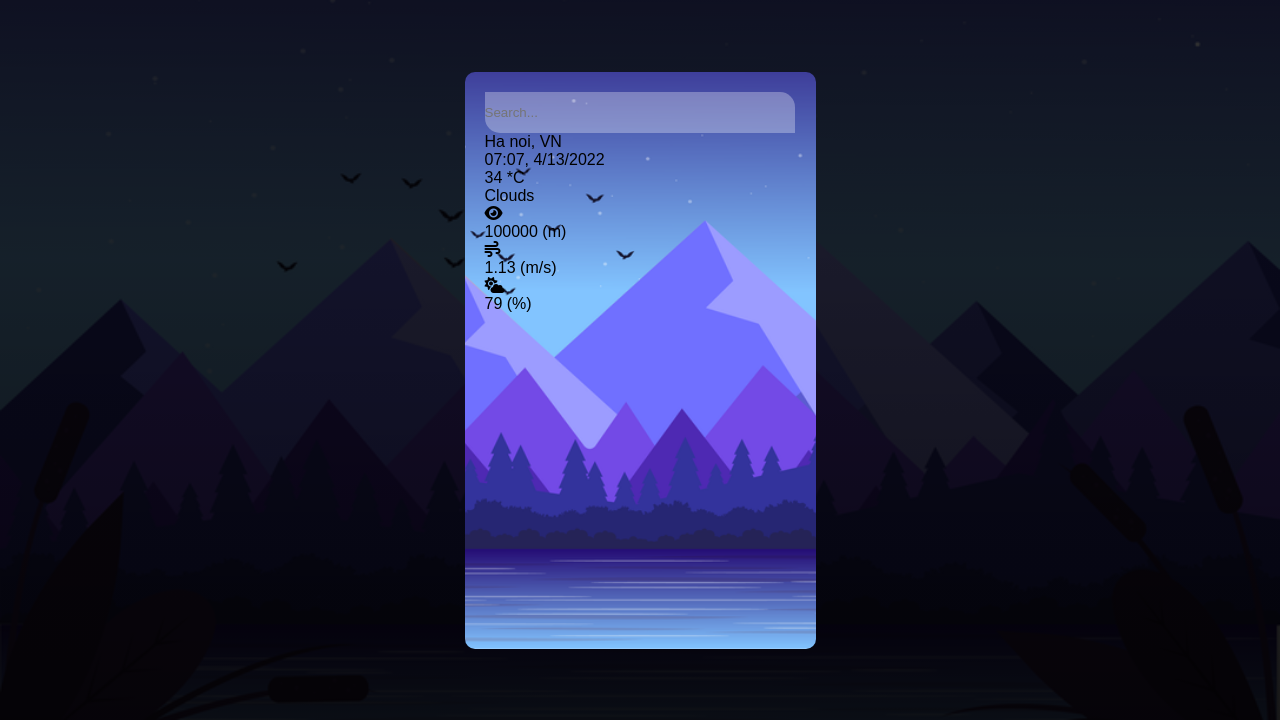
Repository: nganha241/weather-app
Page: index.html
An editor plug-in stored every save of this project. The page is shown before and after the next save, followed by the edit.
The browser window is 1280 px wide. The pictures show the whole page.
Some web libraries are served in a nearby version.

Above is the page before, as saved 2022-04-13 08:57:58.

### index.html
<!DOCTYPE html>
<html lang="en">
  <head>
    <meta charset="UTF-8" />
    <meta http-equiv="X-UA-Compatible" content="IE=edge" />
    <meta name="viewport" content="width=device-width, initial-scale=1.0" />
    <title>Document</title>
    <link rel="stylesheet" href="./style.css" />
  </head>
  <body>
    <div id="weather">
      <div class="header">
        <input type="text" placeholder="Search..." />
      </div>
      <div class="content">
        <div class="city">Ha noi, <span class="country">VN</span></div>
        <div class="time">07:07, <span class="date">4/13/2022</span></div>

        <div class="deg">34 *C</div>
        <div class="status">Clouds</div>
      </div>
      <div class="footer">
        <div class="detail">
          <div class="distance">
            <div><i class="fa-solid fa-eye"></i></div>
            <div>100000 <span>(m)</span></div>
          </div>
          <div class="speed">
            <div><i class="fa-solid fa-wind"></i></div>
            <div>1.13 <span>(m/s)</span></div>
          </div>
          <div class="humidity">
            <div><i class="fa-solid fa-cloud-sun"></i></div>
            <div>79 <span>(%)</span></div>
          </div>
        </div>
      </div>
    </div>
    <script
      src="https://kit.fontawesome.com/ae971d7ee0.js"
      crossorigin="anonymous"
    ></script>
    <script src="./main.js"></script>
  </body>
</html>

### style.css
* {
    padding: 0;
    margin: 0;
    box-sizing: border-box;
}

body {
    font-family: sans-serif;
    height: 100vh;
    display: flex;
    justify-content: center;
    align-items: center;
    background: linear-gradient(to top, rgba(0, 0, 0, 0.9), rgba(0, 0, 0, 0.8)), url(./img1.png) no-repeat center/cover;
}

#weather {
    padding: 20px;
    width: 351px;
    height: 577px;
    border: none;
    border-radius: 10px;
    background: url(./img1.png) no-repeat center/cover;
}

.header {
    box-shadow: 1px;
}

.header input{
    width: 310px;
    height: 41px;
    border-top-right-radius: 15px;
    border-bottom-left-radius: 15px;
    border: none;
    background: rgba(255, 255, 255, 0.3);

}

Loaded but not shown: main.js (no copy from this time; the picture is the same without it)

After the next save:
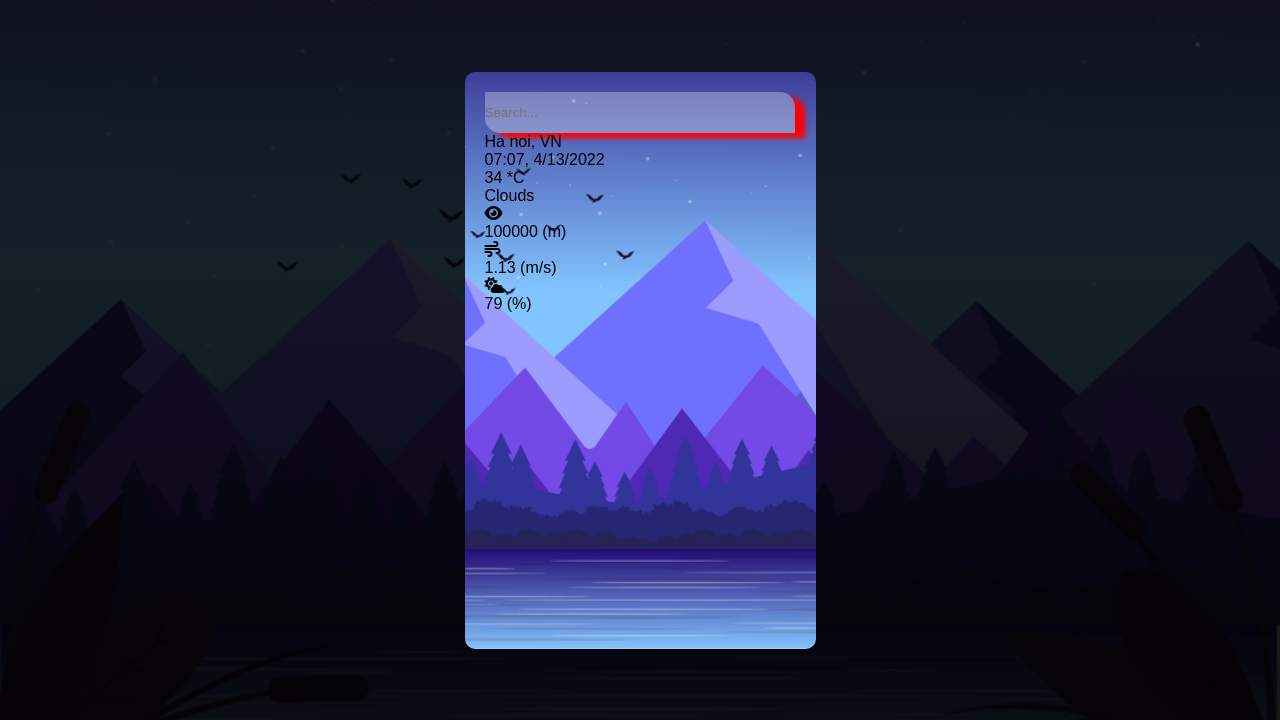
Saved 57 s later.
--- a/style.css
+++ b/style.css
@@ -22,10 +22,6 @@ body {
     background: url(./img1.png) no-repeat center/cover;
 }
 
-.header {
-    box-shadow: 1px;
-}
-
 .header input{
     width: 310px;
     height: 41px;
@@ -33,5 +29,5 @@ body {
     border-bottom-left-radius: 15px;
     border: none;
     background: rgba(255, 255, 255, 0.3);
-
+    box-shadow: 10px 5px 5px red;
 }
